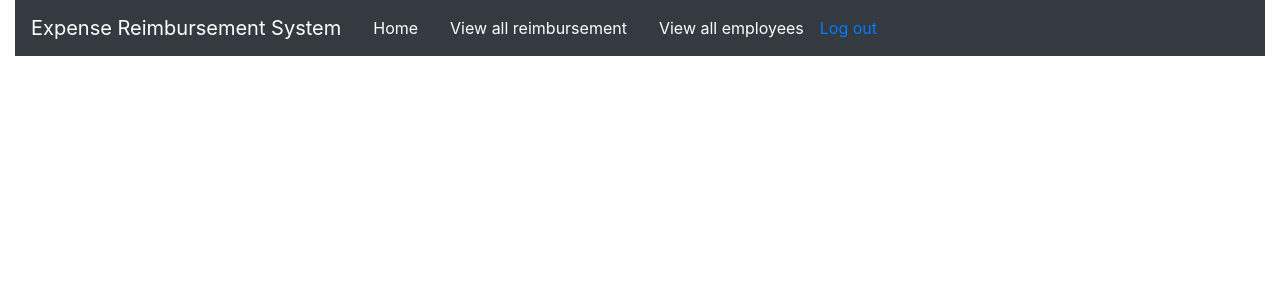
Repository: Trevormulrenin/ers-app
Page: ers-app/src/main/webapp/html/manager_home.html
An editor plug-in stored every save of this project. The page is shown before and after the next save, followed by the edit.
The browser window is 1280 px wide. The pictures show the whole page.

Above is the page before, as saved 2021-03-31 14:21:18.

### ers-app/src/main/webapp/html/manager_home.html
<!DOCTYPE html>
<html>
<head>
	<meta charset="UTF-8">
	<meta name="viewport" content="width=device-with, initial-scale=1.0">

    <link rel="stylesheet" href="https://stackpath.bootstrapcdn.com/bootstrap/4.5.0/css/bootstrap.min.css" integrity="sha384-9aIt2nRpC12Uk9gS9baDl411NQApFmC26EwAOH8WgZl5MYYxFfc+NcPb1dKGj7Sk" crossorigin="anonymous">
	<link rel="stylesheet" type="text/css" href="../css/style.css">
<title>Expense Reimbursement System</title>
</head>

<style>
#navbarMenuRight {
	text-decoration: none;
	color: black;
}

h1 {
	text-align:center;
	color: black;
}
.nav-item, .nav-item-active, .nav-list-right {
/* 		text-decoration: none; */
		color: white;
		border: 1px;
		border-color:white;
	}
</style>

<body>
	<div class="container-fluid">
		<nav class="navbar navbar-expand-lg navbar-dark bg-dark">
			<a class="navbar-brand" href="manager_home.html">Expense Reimbursement System</a>
				<a class="nav-item nav-link" href="manager_home.html">Home</a>
				<a class="nav-item nav-link" href="reimbursement_home.html">View all reimbursement</a>
				<a class="nav-item nav-link" href="view_all_employees.html">View all employees</a>

			<div class="nav-list-right" id="navbarMenuRight">
				<a href="logout.html">Log out</a>
			</div>

		</nav>
	</div>

	<div class="container">
		<h1></h1>
	</div>
	</body>
	</html>

### ers-app/src/main/webapp/css/style.css
@charset "UTF-8";

#navbar-menu-right{
	text-decoration: none;
	color: black;
}

.nav-item, .nav-item-active, .nav-list-right {
		color: white;
		border: 1px;
		border-color:white;
	}

h1 {
	text-align: center;
    font-family: Lato;
    color: Black;
    font-size: 40px;
    margin: 50px;
}

p {
	text-align: center;
    font-family: Lato;
	color: Black;
	font-size: 15px;
}

h2 {
	text-align: center;
    font-family: Lato;
    color: Black;
    font-size: 40px;
    margin: 25px;
}

#enter-credentials {
	text-align: center;
    font-family: Lato;
	color: Black;
	font-size: 20px;
}


#pending-reimbursement, #resolved-reimbursement {
	border: 2px solid black;
	color: black;
	text-align:center;
	height: 300px;
	width: 400px;
    top:30%;
    left:10%;
/*     display: flex; */
/* 	justify-content: space-evenly; */
}

#pending-reimbursement {
	float: left;
}

#resolved-reimbursement:hover {
	background-color: gray;
	color:white;
}

#pending-reimbursement:hover {
	background-color: gray;

	color:white;
}

#pending-table, #resolved-table {
	padding: 10px;
	margin-left: auto;
	margin-right: auto;
	margin-top:20%;
	border: 2px solid black;
	border-collapse: separate;
	border-spacing: 10px;
}

.nav-item, .nav-item-active, .nav-list-right {
/* 		text-decoration: none; */
		color: white;
		border: 1px;
		border-color:white;
	}

th, tr {
	border: 2px;
}

#log-in-button {
	text-align: center;
}

.login {
	border: 2px solid black;
	content: 5px;
	width: auto;
	text-align: center;
	padding: 5px;
	margin: auto;
	box-shadow: white;
}

#update-table {
	width: "100%";
	padding: 2px;
	margin-top: 5px;
	margin-bottom: 0px;
	margin-left: auto;
	margin-right: auto;
	border: 1px solid black;
	border-collapse: separate;
	border-spacing: 2px;
}

#view-employees {
	width: "100%";
	padding: 2px;
	margin-top: 5px;
	margin-bottom: 0px;
	margin-left: auto;
	margin-right: auto;
	border: 1px solid black;
	border-collapse: separate;
	border-spacing: 2px;
}

#reimbursement-table {
	width: "100%";
	padding: 2px;
	margin-top: 5px;
	margin-bottom: 0px;
	margin-left: auto;
	margin-right: auto;
	border: 1px solid black;
	border-collapse: separate;
	border-spacing: 2px;
}

.log-in-button {
	text-align: center;
	margin-top: 10px;
}

After the next save:
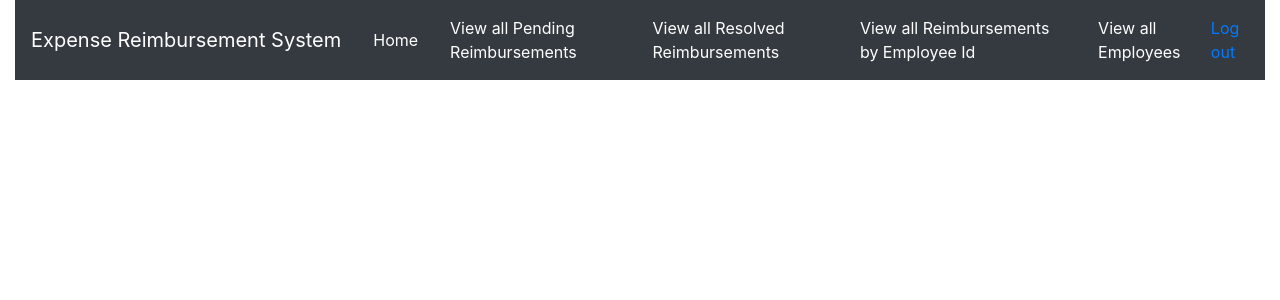
Saved 6 min 46 s later.
--- a/ers-app/src/main/webapp/html/manager_home.html
+++ b/ers-app/src/main/webapp/html/manager_home.html
@@ -32,8 +32,10 @@ h1 {
 		<nav class="navbar navbar-expand-lg navbar-dark bg-dark">
 			<a class="navbar-brand" href="manager_home.html">Expense Reimbursement System</a>
 				<a class="nav-item nav-link" href="manager_home.html">Home</a>
-				<a class="nav-item nav-link" href="reimbursement_home.html">View all reimbursement</a>
-				<a class="nav-item nav-link" href="view_all_employees.html">View all employees</a>
+				<a class="nav-item nav-link" href="reimbursement_home.html">View all Pending Reimbursements</a>
+				<a class="nav-item nav-link" href="reimbursement_home.html">View all Resolved Reimbursements</a>
+				<a class="nav-item nav-link" href="reimbursement_home.html">View all Reimbursements by Employee Id</a>
+				<a class="nav-item nav-link" href="view_all_employees.html">View all Employees</a>
 
 			<div class="nav-list-right" id="navbarMenuRight">
 				<a href="logout.html">Log out</a>
